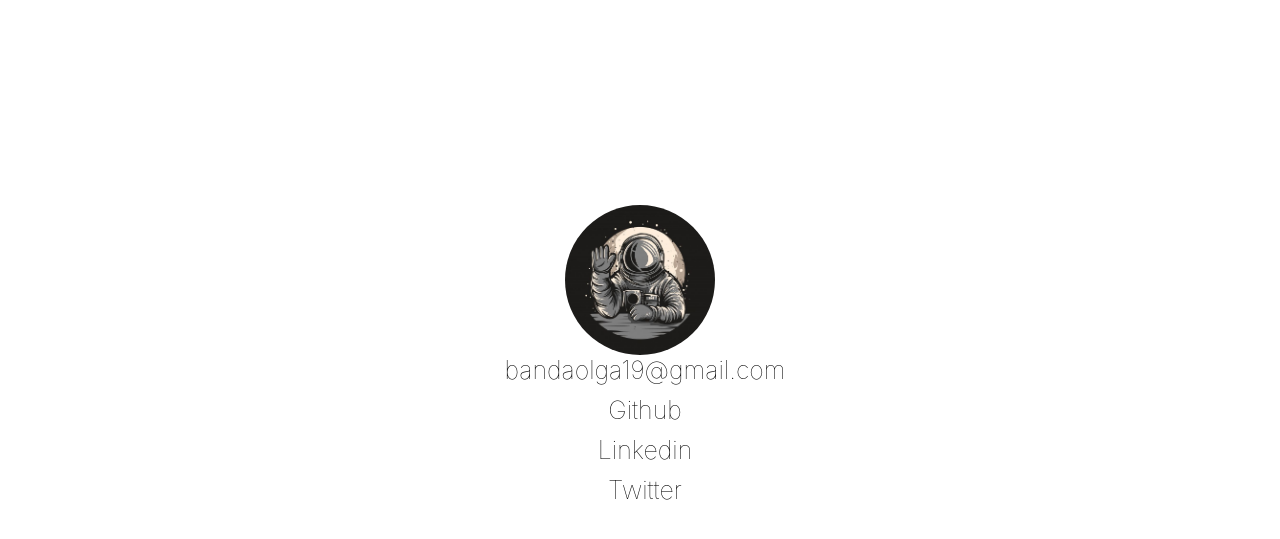
Repository: G1ft-Banda/My-portfolio-Website
Page: /
An editor plug-in stored every save of this project. The page is shown before and after the next save, followed by the edit.
The browser window is 1280 px wide. The pictures show the whole page.
The project was rebuilt for these pictures with package versions that can differ from the ones it lists, and the page was loaded fresh each time. The framework's server and built-in components were replaced by stand-ins that run in the browser. Also part of the build but not shown: next.config.js.

Above is the page before, as saved 2022-09-29 11:12:48.

After the next save:
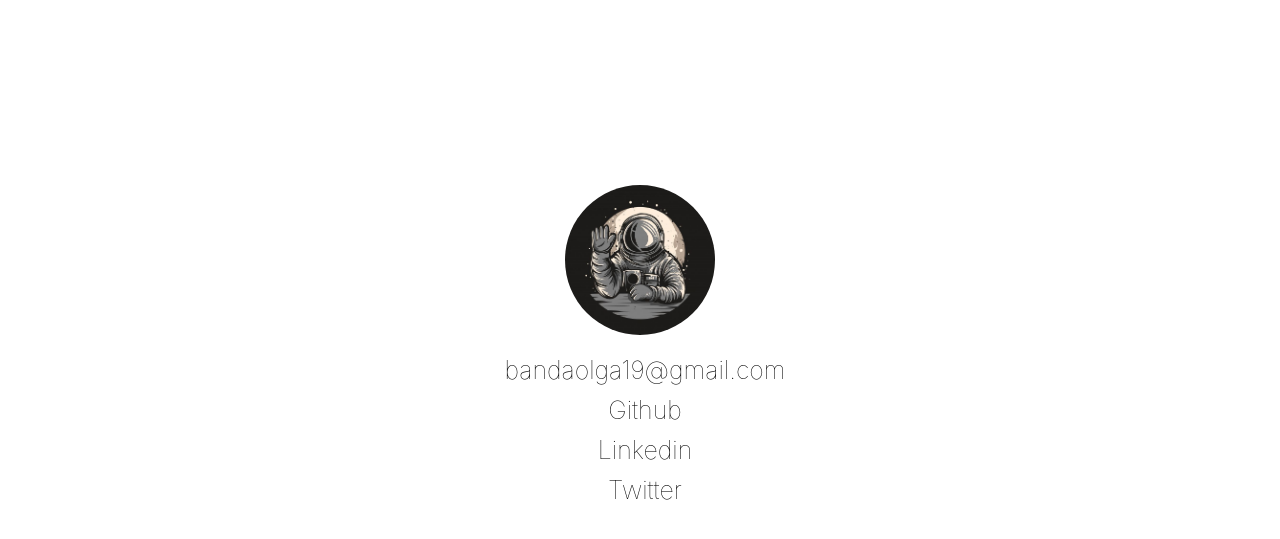
Saved 20 s later.
--- a/styles/globals.css
+++ b/styles/globals.css
@@ -30,7 +30,7 @@ main {
 }
 ul {
   margin: 0;
-  padding: 0;
+  padding: 20px;
 }
 
 .social-links {
